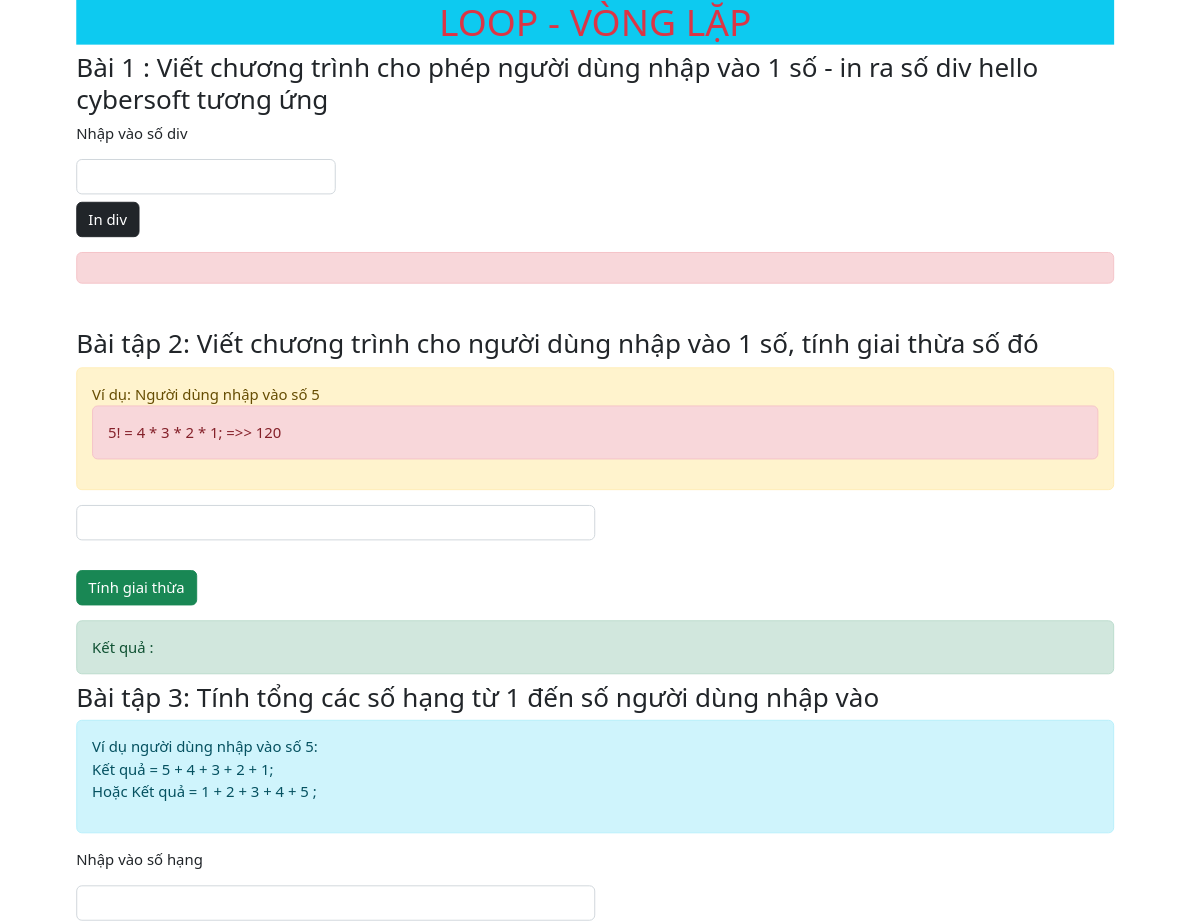
Repository: hcozyph/cyberSoft_JS_fulldocs
Page: JS_6_LOOP/index.html
An editor plug-in stored every save of this project. The page is shown before and after the next save, followed by the edit.
The browser window is 1280 px wide. The pictures show the whole page, at 93% of full size.

Above is the page before, as saved 2023-02-08 20:42:44.

After the next save:
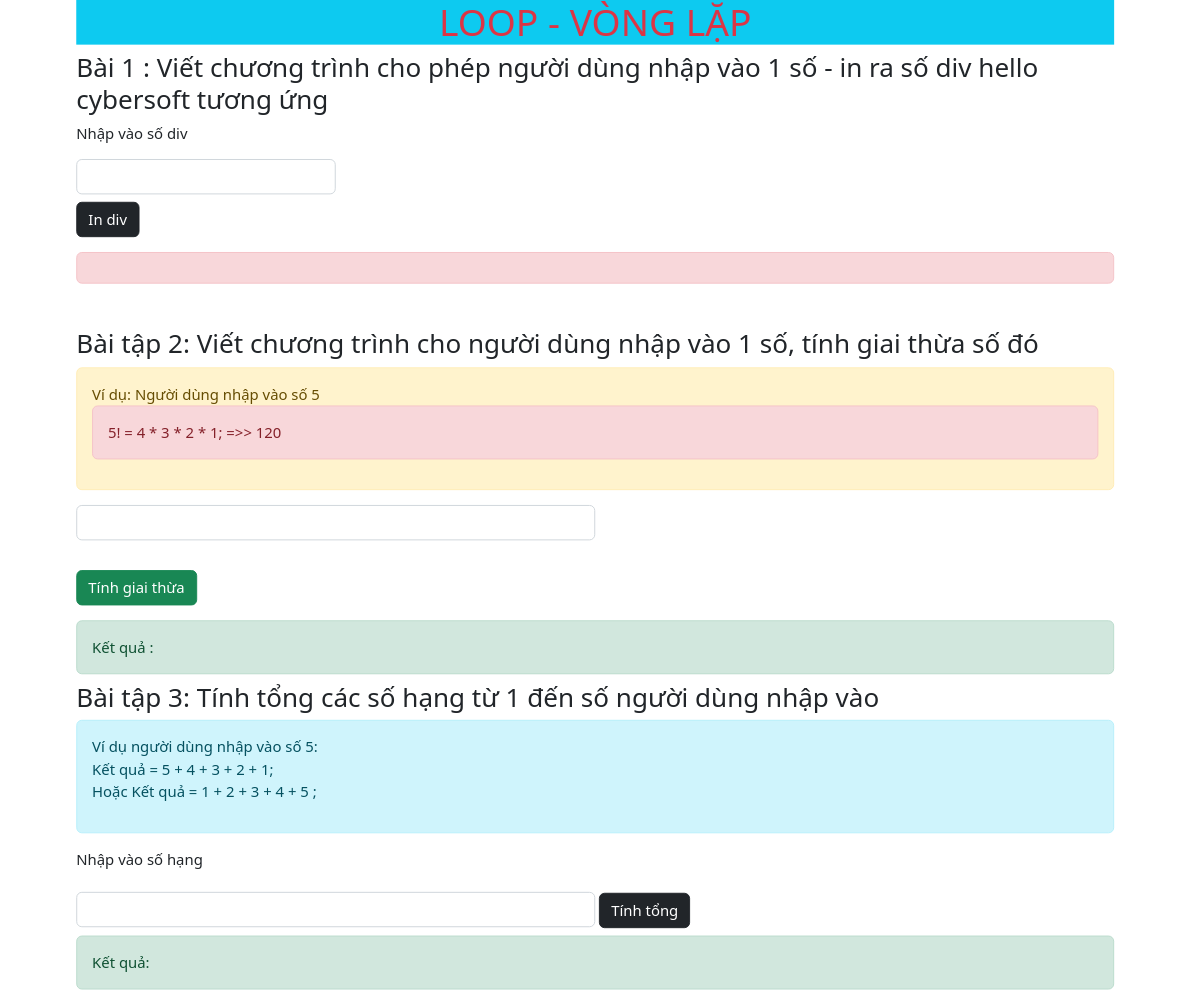
Saved 72 s later.
--- a/JS_6_LOOP/index.html
+++ b/JS_6_LOOP/index.html
@@ -94,6 +94,11 @@
                     class="form-control w-50 d-inline-block"
                     id="soHang"
                 />
+                <button class="my-2 btn btn-dark">Tính tổng</button>
+            </div>
+
+            <div class="alert alert-success">
+                Kết quả: <span id="ket-qua-bai-3"></span>
             </div>
         </div>
 
